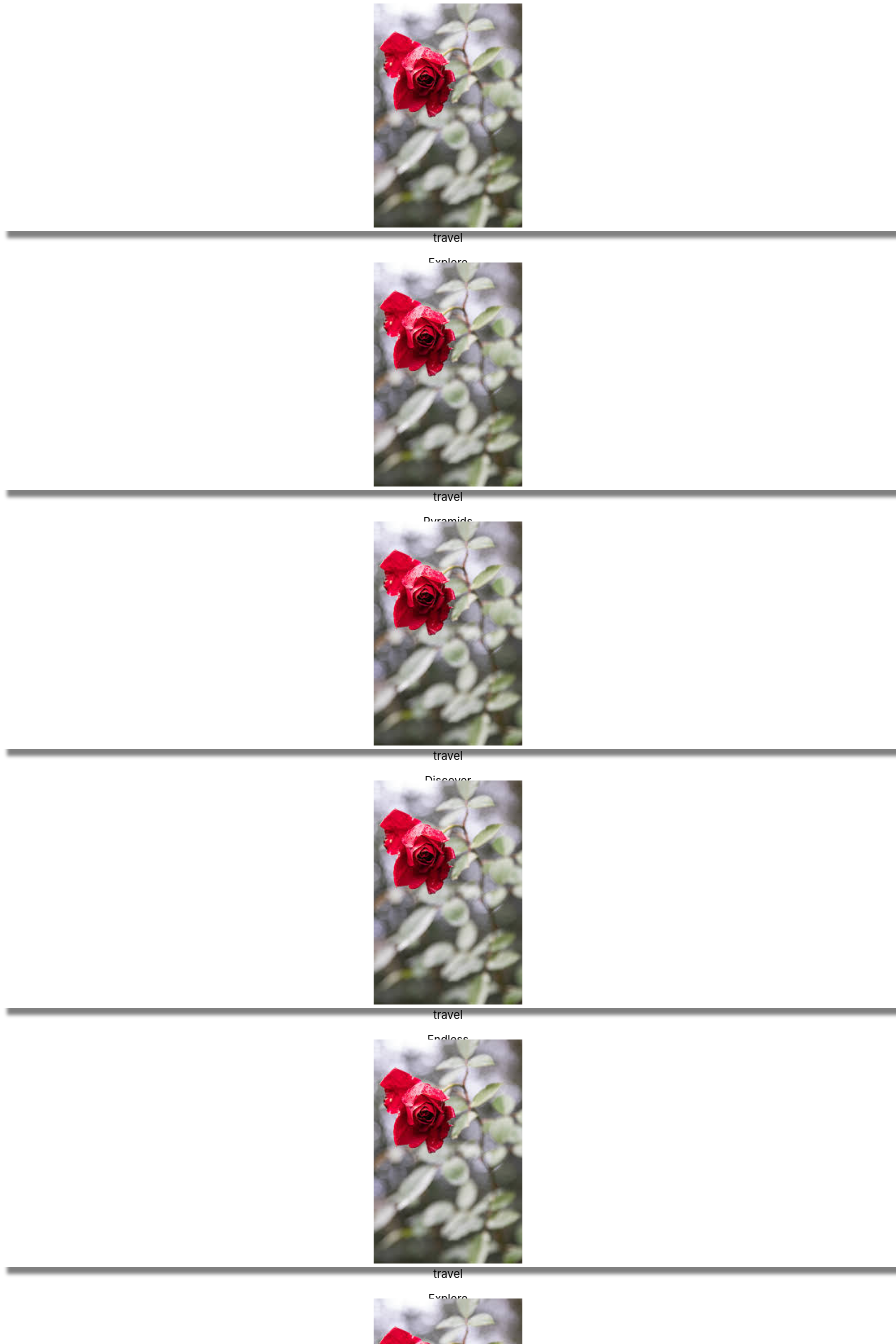
Repository: vakharia5/Preview
Page: /
These files come from the project's save history. The page is drawn as it stood at one moment and after the next save; the edit follows.
The browser window is 1280 px wide. The pictures show the part of the page from y = 0 to 1920 px (the page is 2975 px tall), at 70% of full size.
The project was rebuilt for these pictures with package versions that can differ from the ones it lists, and the page was loaded fresh each time.

Above is the page before, as saved 2020-06-22 14:53:47.

After the next save:
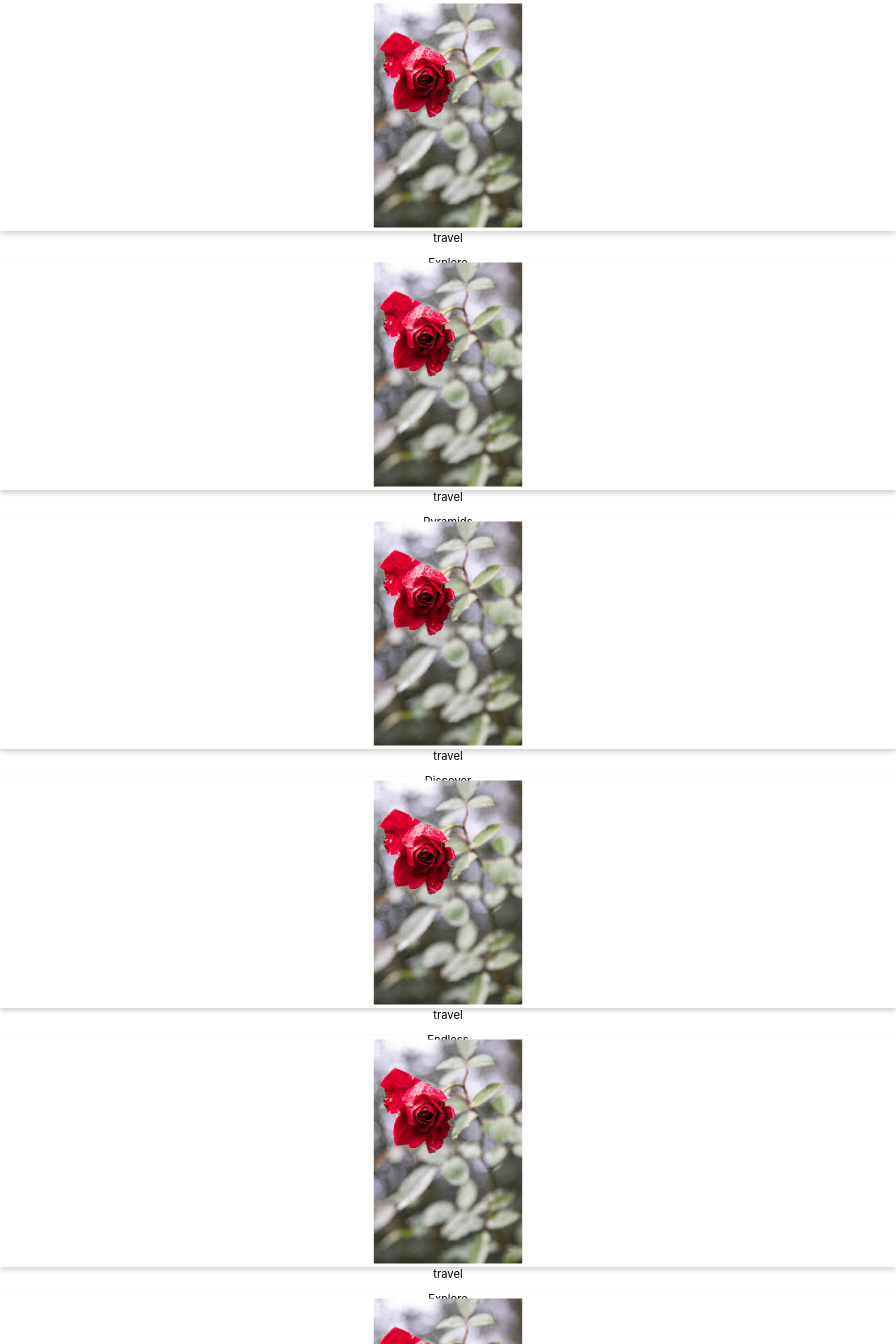
Saved 52 s later.
--- a/src/assets/css/Style.css
+++ b/src/assets/css/Style.css
@@ -2,7 +2,7 @@
     height: 20rem;
     padding: 5px;
     margin-bottom: 40px;
-    box-shadow: 10px 10px 5px grey;
+    box-shadow: 0 4px 8px 0 rgba(0, 0, 0, 0.2)
 }
 
 .cardImage {
